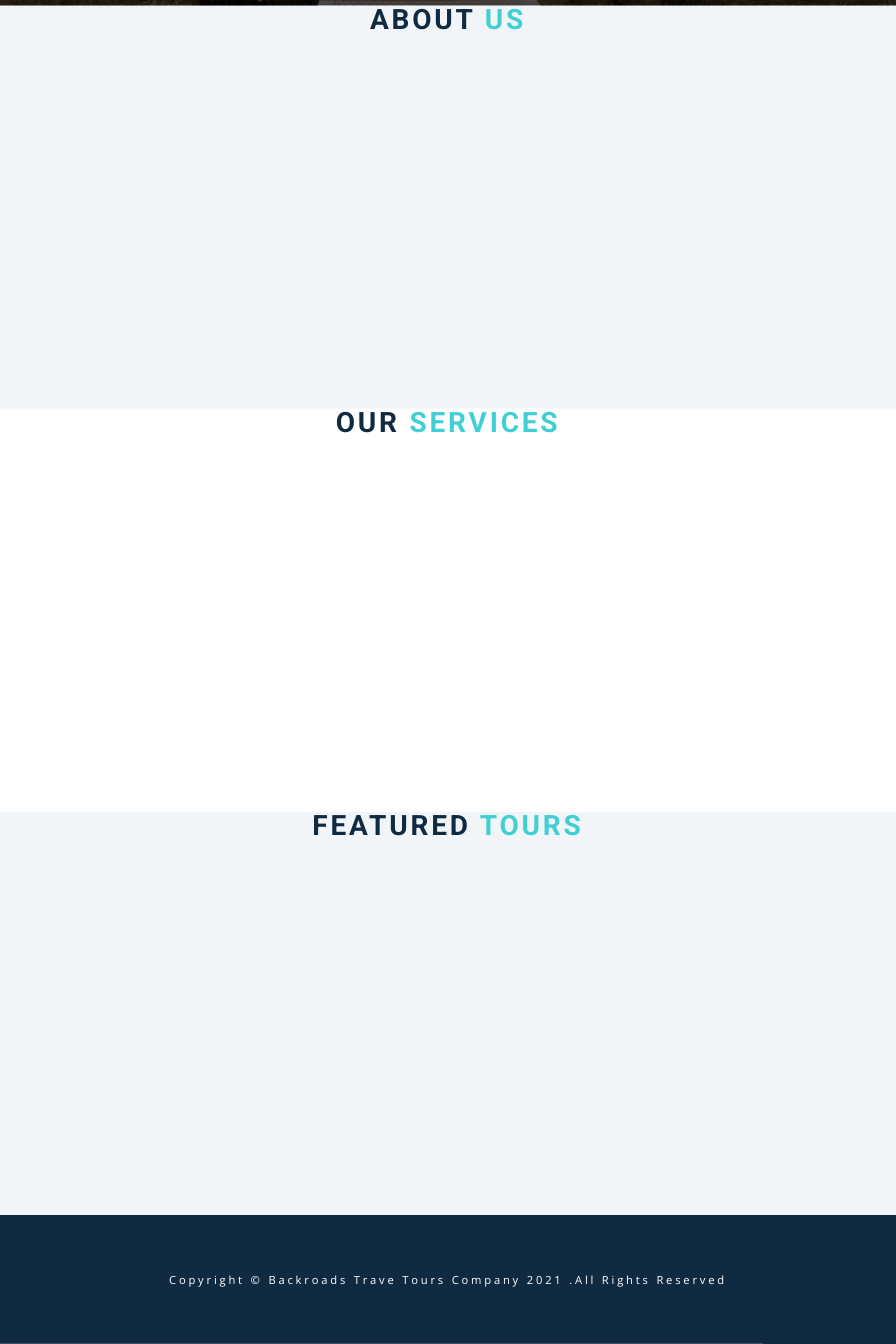
Repository: spidero7/Scroll
Page: index.html
The author's editor kept a copy of each file at every save. The page is drawn from the files as they stood at one save, then again after a run of saves.
The browser window is 1280 px wide. The pictures show the part of the page from y = 794 to 2714 px (the page is 2714 px tall), at 70% of full size.
Some web libraries are served in a nearby version.

Above is the page before, as saved 2021-10-08 06:42:01.

### index.html
<!DOCTYPE html>
<html lang="en">
<head>
    <meta charset="UTF-8">
    <meta http-equiv="X-UA-Compatible" content="IE=edge">
    <meta name="viewport" content="width=device-width, initial-scale=1.0">
    <title>Scroll</title>
    <link rel="stylesheet" href="styles.css">
    <link rel="stylesheet" href="https://cdnjs.cloudflare.com/ajax/libs/font-awesome/5.14.0/css/all.min.css">
</head>
<body>
    <!-- header  -->
    <header id="home">
        <!-- navbar -->
        <nav id="nav">
            <div class="nav-center">
                <!-- nav header  -->
                <div class="nav-header">
                    <img src="./imgs/logo.svg" alt="logo" class="logo"/>
                    <button class="nav-toggle">
                        <i class="fas fa-bars"></i>
                    </button>
                </div>
                <!-- links -->
                <div class="links-container">
                    <ul class="links">
                        <li>
                          <a href="#home" class="scroll-link">home</a>
                        </li>
                        <li>
                          <a href="#about" class="scroll-link">about</a>
                        </li>
                        <li>
                          <a href="#services" class="scroll-link">services</a>
                        </li>
                        <li>
                          <a href="#tours" class="scroll-link">tours</a>
                        </li>
                      </ul>
                </div>
            </div>
        </nav>
        <!-- banner -->
        <div class="banner">
            <div class="container">
                <h1>scroll project</h1>
                <p>
                    Lorem ipsum dolor sit amet consectetur, adipisicing elit. Odio saepe officiis,
                    tempore quae nobis, perferendis id temporibus, harum minima voluptatum animi non
                    praesentium atque? Expedita, possimus deserunt. Sunt, suscipit nulla?
                </p>
                <a href="#tours" class="scroll-link btn btn-white">
                    explore tours
                </a>
            </div>
        </div>
    </header>
    <!-- about -->
    <section id="about" class="section">
        <div class="title">
            <h2>about <span>us</span></h2>
        </div>
    </section>
    <!-- services -->
    <section id="services" class="section">
        <div class="title">
            <h2>our <span>services</span></h2>
        </div>
    </section>
    <!-- tours -->
    <section id="tours" class="section">
        <div class="title">
            <h2>featured <span>tours</span></h2>
        </div>
    </section>
    <!-- footer -->
    <footer class="section">
        <p>
            copyright &copy; backroads trave tours company
            <span id="date"></span>
            .all rights reserved
        </p>
    </footer>
    <!-- back to top button -->
    <a href="#home" class="scroll-link top-link">
        <i class="fas fa-arrow-up"></i>
    </a>
    <script src="app.js"></script>
</body>
</html>

### styles.css
/*
===============
Fonts
===============
*/
@import url("https://fonts.googleapis.com/css?family=Open+Sans|Roboto:400,700&display=swap");

/*
===============
Variables
===============
*/

:root {
  /* dark shades of primary color*/
  --clr-primary-1: hsl(205, 86%, 17%);
  --clr-primary-2: hsl(205, 77%, 27%);
  --clr-primary-3: hsl(205, 72%, 37%);
  --clr-primary-4: hsl(205, 63%, 48%);
  /* primary/main color */
  --clr-primary-5: #49a6e9;
  /* lighter shades of primary color */
  --clr-primary-6: hsl(205, 89%, 70%);
  --clr-primary-7: hsl(205, 90%, 76%);
  --clr-primary-8: hsl(205, 86%, 81%);
  --clr-primary-9: hsl(205, 90%, 88%);
  --clr-primary-10: hsl(205, 100%, 96%);
  /* darkest grey - used for headings */
  --clr-grey-1: hsl(209, 61%, 16%);
  --clr-grey-2: hsl(211, 39%, 23%);
  --clr-grey-3: hsl(209, 34%, 30%);
  --clr-grey-4: hsl(209, 28%, 39%);
  /* grey used for paragraphs */
  --clr-grey-5: hsl(210, 22%, 49%);
  --clr-grey-6: hsl(209, 23%, 60%);
  --clr-grey-7: hsl(211, 27%, 70%);
  --clr-grey-8: hsl(210, 31%, 80%);
  --clr-grey-9: hsl(212, 33%, 89%);
  --clr-grey-10: hsl(210, 36%, 96%);
  --clr-white: #fff;
  --clr-red-dark: hsl(360, 67%, 44%);
  --clr-red-light: hsl(360, 71%, 66%);
  --clr-green-dark: hsl(125, 67%, 44%);
  --clr-green-light: hsl(125, 71%, 66%);
  --clr-secondary: hsla(182, 63%, 54%);
  --clr-black: #222;
  --ff-primary: "Roboto", sans-serif;
  --ff-secondary: "Open Sans", sans-serif;
  --transition: all 0.3s linear;
  --spacing: 0.25rem;
  --radius: 0.5rem;
  --light-shadow: 0 5px 15px rgba(0, 0, 0, 0.1);
  --dark-shadow: 0 5px 15px rgba(0, 0, 0, 0.2);
  --max-width: 1170px;
  --fixed-width: 620px;
}
/*
===============
Global Styles
===============
*/
html {
  scroll-behavior: smooth;
}
*,
::after,
::before {
  margin: 0;
  padding: 0;
  box-sizing: border-box;
}
body {
  font-family: var(--ff-secondary);
  background: var(--clr-grey-10);
  color: var(--clr-grey-1);
  line-height: 1.5;
  font-size: 0.875rem;
}
ul {
  list-style-type: none;
}
a {
  text-decoration: none;
}
img:not(.logo) {
  width: 100%;
}
img {
  display: block;
}

h1,
h2,
h3,
h4 {
  letter-spacing: var(--spacing);
  text-transform: capitalize;
  line-height: 1.25;
  margin-bottom: 0.75rem;
  font-family: var(--ff-primary);
}
h1 {
  font-size: 3rem;
}
h2 {
  font-size: 2rem;
}
h3 {
  font-size: 1.25rem;
}
h4 {
  font-size: 0.875rem;
}
p {
  margin-bottom: 1.25rem;
  color: var(--clr-grey-5);
}
@media screen and (min-width: 800px) {
  h1 {
    font-size: 4rem;
  }
  h2 {
    font-size: 2.5rem;
  }
  h3 {
    font-size: 1.75rem;
  }
  h4 {
    font-size: 1rem;
  }
  body {
    font-size: 1rem;
  }
  h1,
  h2,
  h3,
  h4 {
    line-height: 1;
  }
}
/*  global classes */

.btn {
  text-transform: uppercase;
  background: transparent;
  color: var(--clr-black);
  padding: 0.375rem 0.75rem;
  letter-spacing: var(--spacing);
  display: inline-block;
  transition: var(--transition);
  font-size: 0.875rem;
  border: 2px solid var(--clr-black);
  cursor: pointer;
  box-shadow: 0 1px 3px rgba(0, 0, 0, 0.2);
  border-radius: var(--radius);
}
.btn:hover {
  color: var(--clr-white);
  background: var(--clr-black);
}
.btn-white {
  color: var(--clr-white);
  border-color: var(--clr-white);
  border-radius: 0;
  padding: 0.5rem 1rem;
}
.btn:hover {
  background: var(--clr-white);
  color: var(--clr-secondary);
}
/* section */
.section {
  padding-bottom: 5rem;
}

.section-center {
  width: 90vw;
  margin: 0 auto;
  max-width: 1170px;
}
@media screen and (min-width: 992px) {
  .section-center {
    width: 95vw;
  }
}
main {
  min-height: 100vh;
  display: grid;
  place-items: center;
}
/*
===============
Scroll
===============
*/
/* navbar */
nav {
  background: var(--clr-white);
  padding: 1rem 1.5rem;
}
/* fixed nav */
.fixed-nav {
  position: fixed;
  top: 0;
  left: 0;
  width: 100%;
  background: var(--clr-white);
  box-shadow: var(--light-shadow);
}
.fixed-nav .links a {
  color: var(--clr-grey-1);
}
.fixed-nav .links a:hover {
  color: var(--clr-secondary);
}
/* .fixed-nav .links-container {
  height: auto !important;
} */
.nav-header {
  display: flex;
  align-items: center;
  justify-content: space-between;
}
.nav-toggle {
  font-size: 1.5rem;
  color: var(--clr-grey-1);
  background: transparent;
  border-color: transparent;
  transition: var(--transition);
  cursor: pointer;
}
.nav-toggle:hover {
  color: var(--clr-secondary);
}
.logo {
  height: 50px;
}
.links-container {
  height: 0;
  overflow: hidden;
  transition: var(--transition);
}
.show-links {
  height: 200px;
}
.links a {
  background: var(--clr-white);
  color: var(--clr-grey-5);
  font-size: 1.1rem;
  text-transform: capitalize;
  letter-spacing: var(--spacing);
  display: block;
  transition: var(--transition);
  font-weight: bold;
  padding: 0.75rem 0;
}
.links a:hover {
  color: var(--clr-grey-1);
}
@media screen and (min-width: 800px) {
  nav {
    background: transparent;
  }
  .nav-center {
    width: 90vw;
    max-width: 1170px;
    margin: 0 auto;
    display: flex;
    align-items: center;
    justify-content: space-between;
  }
  .nav-header {
    padding: 0;
  }
  .nav-toggle {
    display: none;
  }
  .links-container {
    height: auto !important;
  }
  .links {
    display: flex;
  }
  .links a {
    background: transparent;
    color: var(--clr-white);
    font-size: 1.1rem;
    text-transform: capitalize;
    letter-spacing: var(--spacing);
    display: block;
    transition: var(--transition);
    margin: 0 1rem;
    font-weight: bold;
    padding: 0;
  }
  .links a:hover {
    color: var(--clr-white);
  }
}
/* hero */
header {
  min-height: 100vh;
  background: linear-gradient(rgba(63, 208, 212, 0.5), rgba(0, 0, 0, 0.7)),
    url(./imgs/hero-bcg.jpeg) center/cover no-repeat;
}
.banner {
  min-height: 100vh;
  display: grid;
  place-items: center;
  text-align: center;
}
.container h1 {
  color: var(--clr-white);
  text-transform: uppercase;
}
.container p {
  color: var(--clr-white);
  max-width: 25rem;
  margin: 0 auto;
  margin-bottom: 1.25rem;
}
@media screen and (min-width: 768px) {
  .container p {
    max-width: 40rem;
  }
}
/* sections and title */
.title h2 {
  text-align: center;
  text-transform: uppercase;
}
.title span {
  color: var(--clr-secondary);
}
#about,
#services,
#tours {
  height: 80vh;
}
#services {
  background: var(--clr-white);
}
footer {
  background: var(--clr-grey-1);
  padding: 5rem 1rem;
}
footer p {
  color: var(--clr-white);
  text-align: center;
  text-transform: capitalize;
  letter-spacing: var(--spacing);
  margin-bottom: 0;
}

.top-link {
  font-size: 1.25rem;
  position: fixed;
  bottom: 3rem;
  right: 3rem;
  background: var(--clr-secondary);
  width: 2rem;
  height: 2rem;
  display: grid;
  place-items: center;
  border-radius: var(--radius);
  color: var(--clr-white);
  animation: bounce 2s ease-in-out infinite;

  visibility: hidden;
  z-index: -100;
}
.show-link {
  visibility: visible;
  z-index: 100;
}

@keyframes bounce {
  0% {
    transform: scale(1);
  }
  50% {
    transform: scale(1.5);
  }
  100% {
    transform: scale(1);
  }
}

### app.js
// Element.getBoundingClientRect() method returns the size of an element and its position relative to the viewport

// set date
const date = document.getElementById('date');
date.innerHTML = new Date().getFullYear();

// close links
const navToggleButton = document.querySelector('.nav-toggle');
const linksContainer = document.querySelector('.links-container');
const links = document.querySelector('.links');

navToggleButton.addEventListener('click', function() {
    // linksContainer.classList.toggle('show-links');
    const containerHeight = linksContainer.getBoundingClientRect().height;
    const linksHeight = links.getBoundingClientRect().height;

    if (containerHeight === 0) {
        linksContainer.style.height = `${linksHeight}px`;
    } else {
        linksContainer.style.height = 0;
    }
});

const navbar = document.getElementById('nav');
const topLink = document.querySelector('.top-link');
// fixed navbar
window.addEventListener('scroll', function () {
    //console.log(window.pageYOffset); // show how pixels we scroll

});

After the next 5 saves:
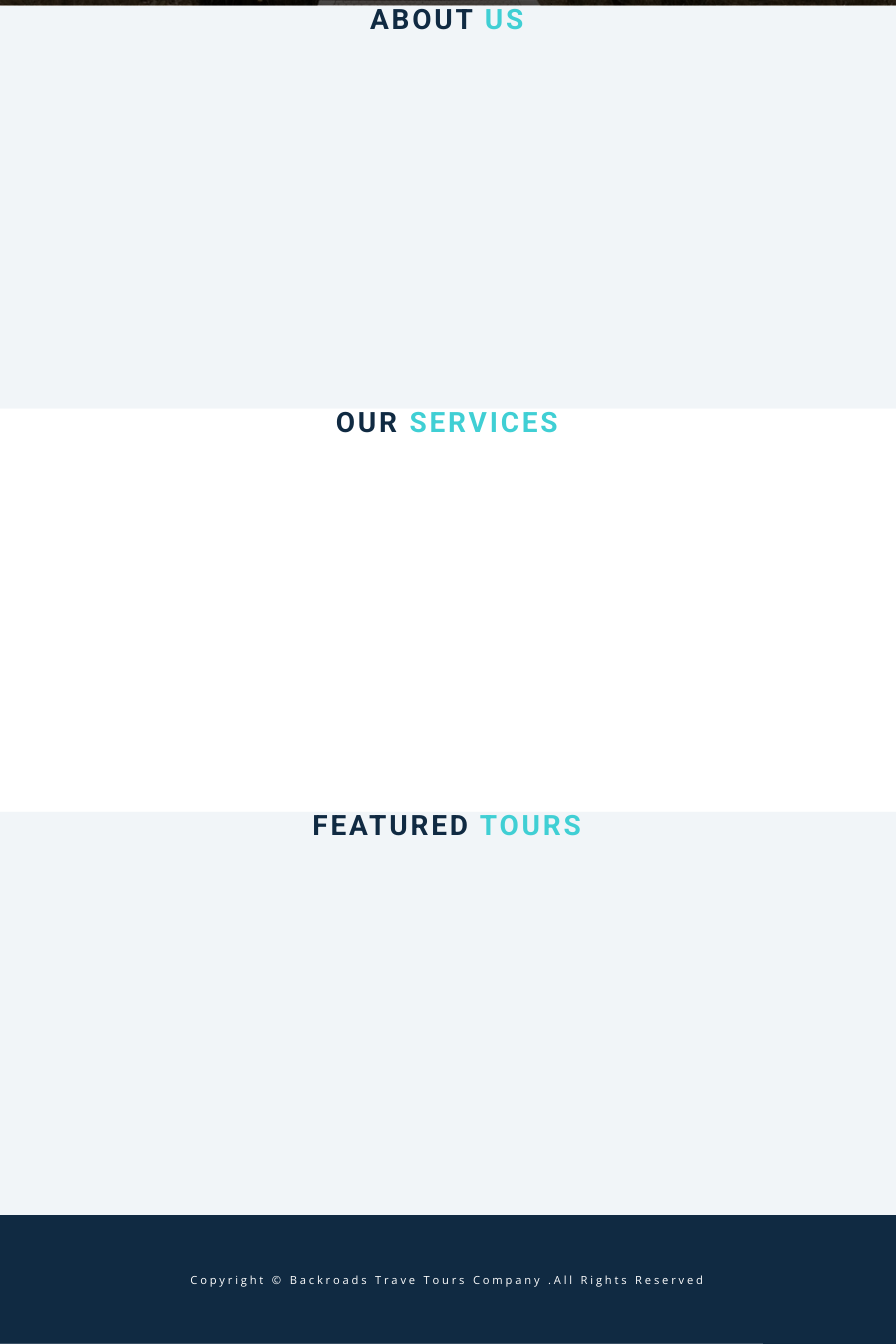
Console error: SyntaxError: Missing initializer in const declaration
The 5 saves are shown as one change because they came seconds apart.
The last was saved 33 s later.
--- a/app.js
+++ b/app.js
@@ -26,5 +26,5 @@
 // fixed navbar
 window.addEventListener('scroll', function () {
     //console.log(window.pageYOffset); // show how pixels we scroll
-
+    const scrollHeight
 });

After the save that followed:
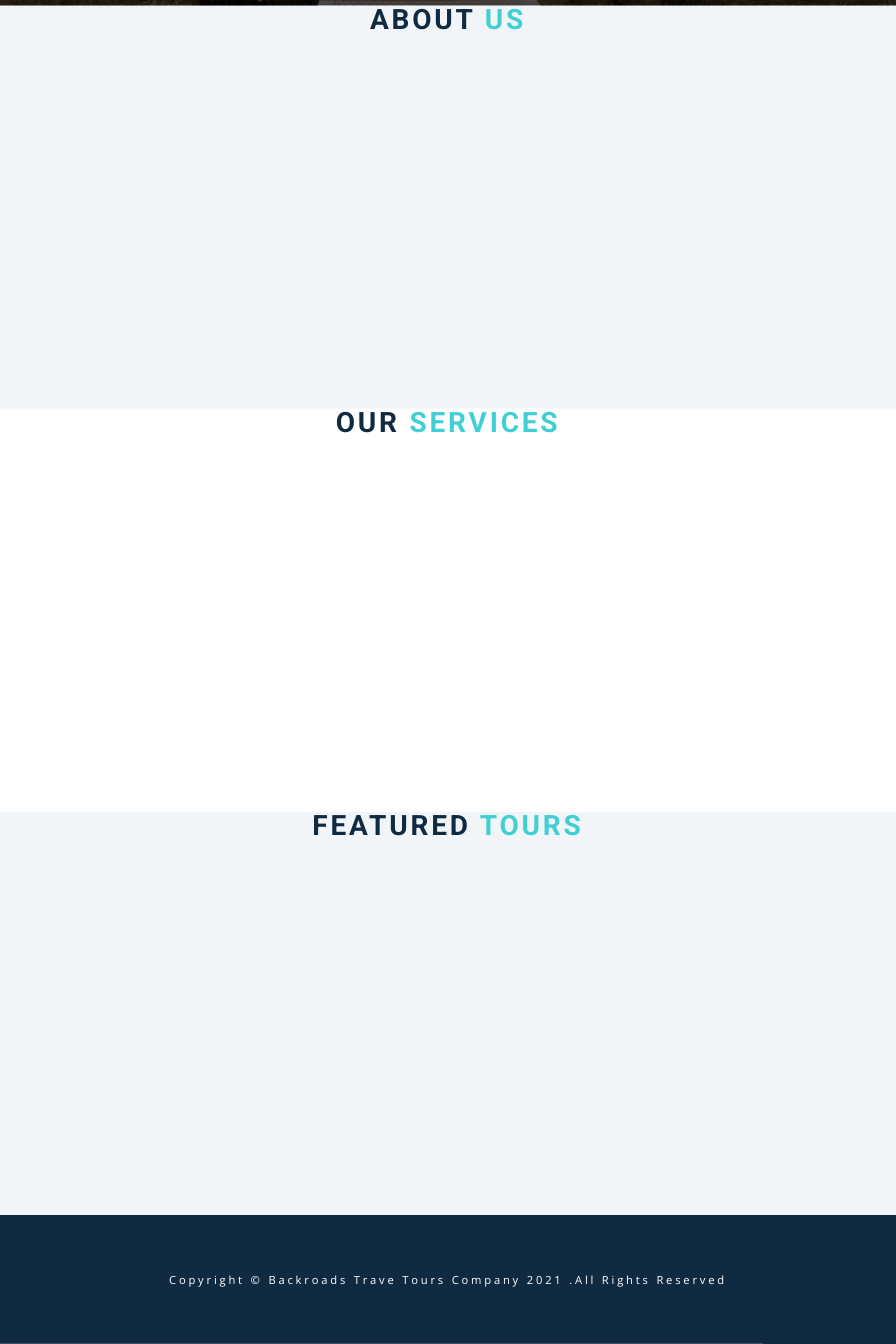
The error is gone.
Saved 5 s later.
--- a/app.js
+++ b/app.js
@@ -26,5 +26,5 @@
 // fixed navbar
 window.addEventListener('scroll', function () {
     //console.log(window.pageYOffset); // show how pixels we scroll
-    const scrollHeight
+    const scrollHeight = window.pa
 });
